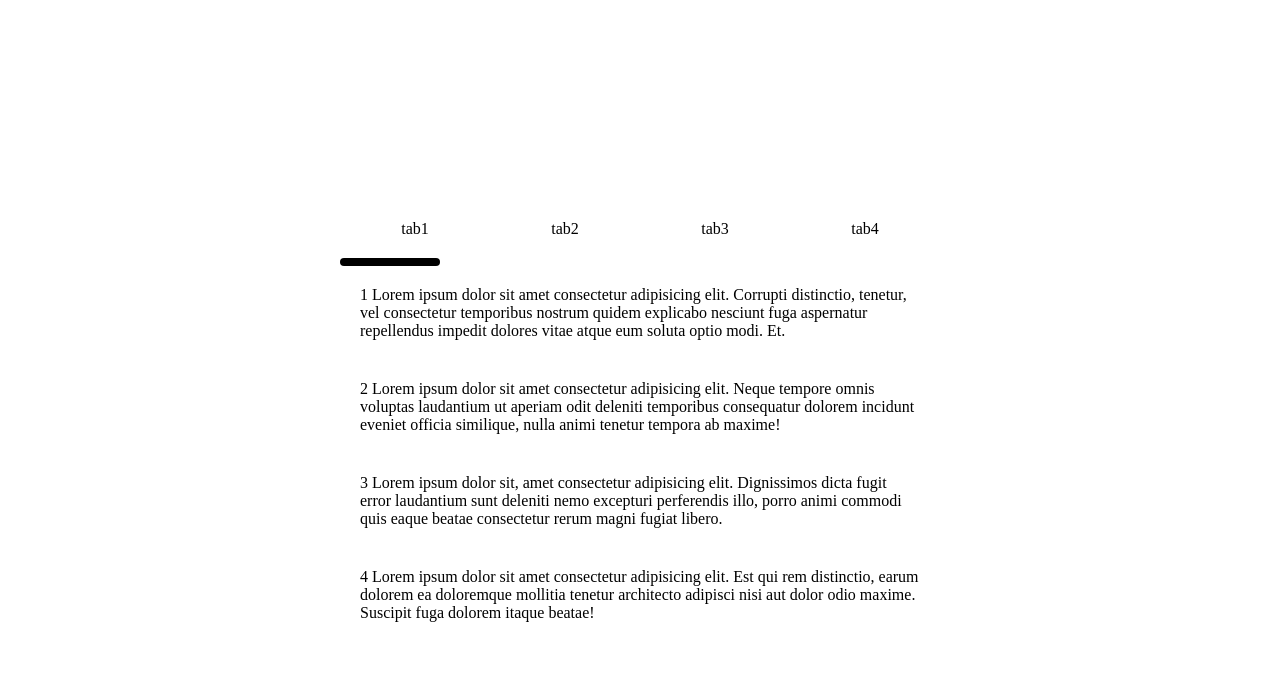
Repository: PCTai/javascript-coban
Page: tab UI/index.html
These files come from the project's save history. The page is drawn as it stood at one moment and after the next save; the edit follows.
The browser window is 1280 px wide. The pictures show the whole page.

Above is the page before, as saved 2022-02-09 16:59:44.

After the next save:
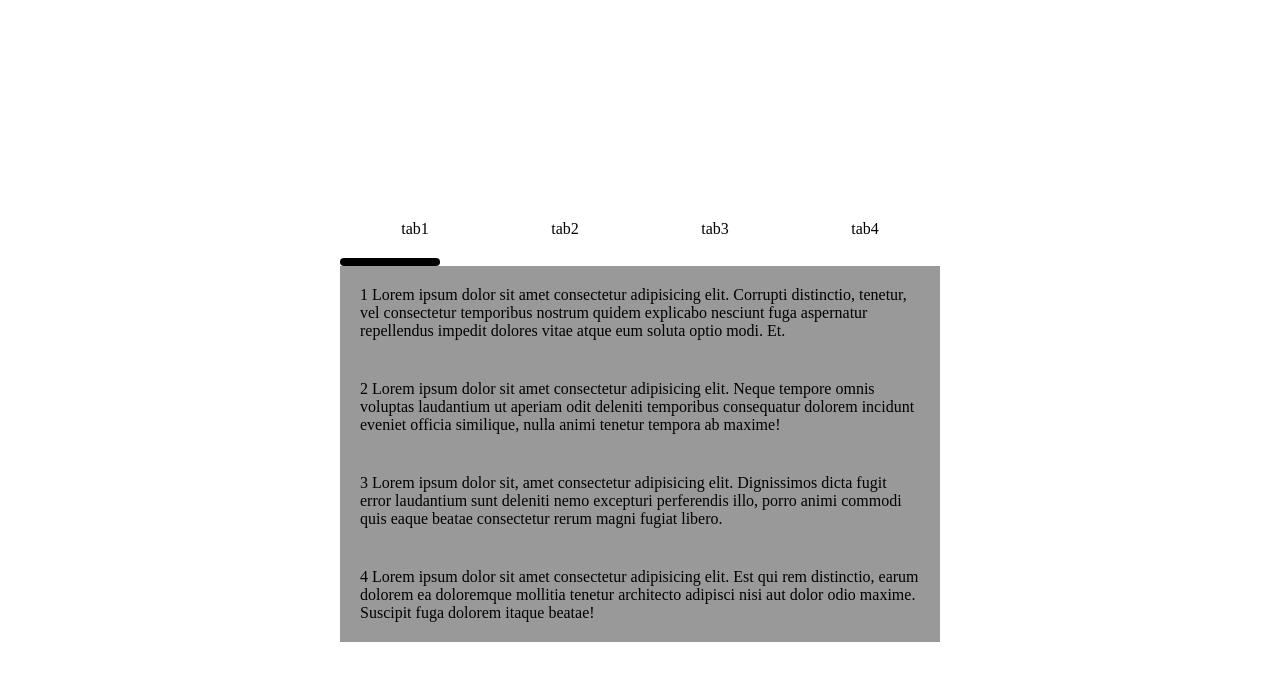
Saved 26 s later.
--- a/tab UI/style.css
+++ b/tab UI/style.css
@@ -29,7 +29,7 @@
 }
 
 .box{
-
+    background-color: #999;
 }
 
 .box-item{
